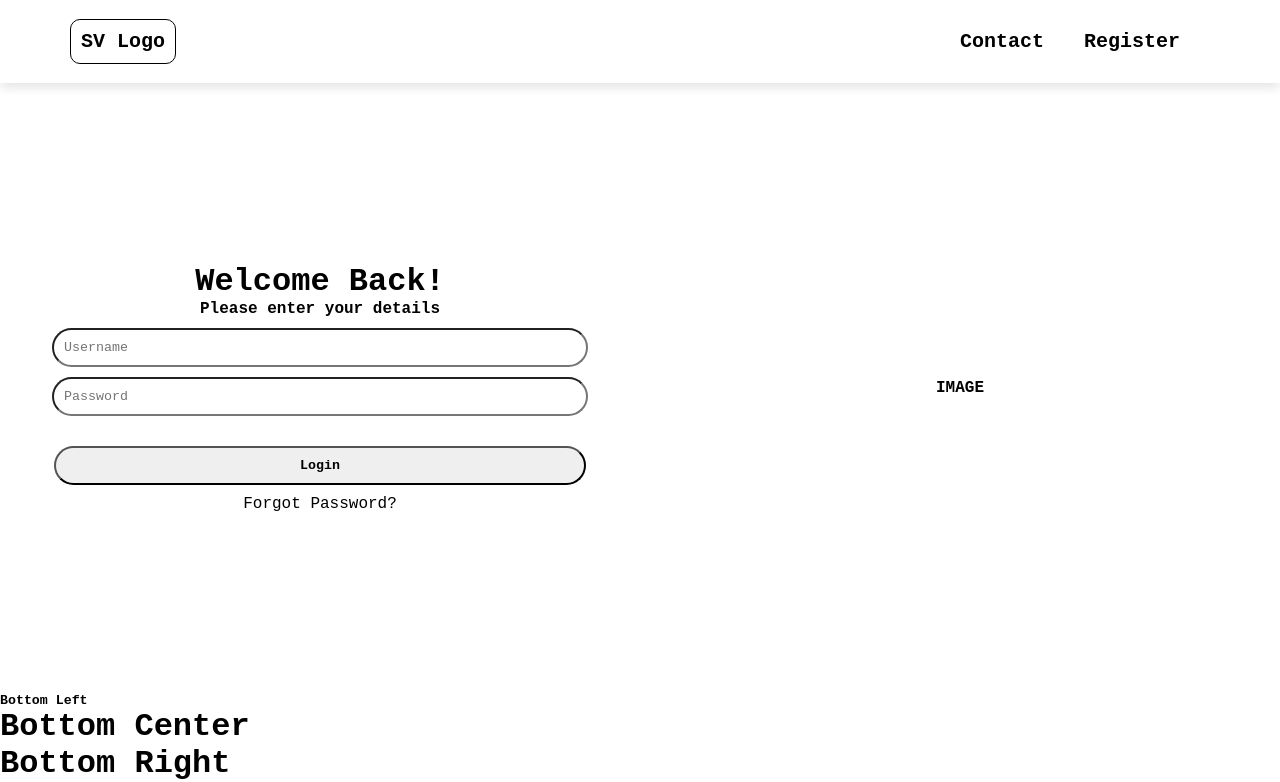
Repository: BuddhimaB/SecureVisionAI
Page: / (app in client/)
These files come from the project's save history. The page is drawn as it stood at one moment and after a run of saves; the edit follows.
The browser window is 1280 px wide. The pictures show the whole page.
The project was rebuilt for these pictures with package versions that can differ from the ones it lists, and the page was loaded fresh each time. Also part of the build but not shown: client/src/components/BottomDetails/Bottom.css.

Above is the page before, as saved 2024-07-13 19:21:42.

### client/public/index.html
<!DOCTYPE html>
<html lang="en">
  <head>
    <meta charset="utf-8" />
    <link rel="icon" href="%PUBLIC_URL%/favicon.ico" />
    <meta name="viewport" content="width=device-width, initial-scale=1" />

    <meta
      name="description"
      content="Web site created using create-react-app"
    />
    <link rel="preconnect" href="https://fonts.googleapis.com">
<link rel="preconnect" href="https://fonts.gstatic.com" crossorigin>
<link href="https://fonts.googleapis.com/css2?family=Roboto:ital,wght@0,100;0,300;0,400;0,500;0,700;0,900;1,100;1,300;1,400;1,500;1,700;1,900&display=swap" rel="stylesheet">
<link rel="stylesheet" href="style.css">
    <title>SecureVision App</title>
  </head>
  <body>
    <noscript>You need to enable JavaScript to run this app.</noscript>
    <div id="root"></div>

  </body>
</html>

### client/src/App.js
import Login from "./Pages/Login/login";

function App() {
  return (
    <div className="App">
      <Login />
    </div>
  );
}

export default App;

### client/src/Pages/Login/login.jsx
import './Login.css'
import Topbar from '../../components/Topbar/Topbar'
import Bottom from '../../components/BottomDetails/Bottom'

export default function Login() {
  return (
    <div>
      <Topbar />
      <div className='feedContainer'>
        <div className="feedLeft">
          <h1>Welcome Back!</h1>
          <h4> Please enter your details</h4>
          <div className="inputField">
          <input
          className='inputField'
          type="text"
          placeholder="Username" />

          <input className='inputField'
          type="password"
          placeholder="Password" />
          </div>
          <button className="loginButton">Login</button>
          <span>Forgot Password?</span>
        </div>

        <div className="feedRight">
          <h4>IMAGE</h4>

        </div>
        </div>
        <Bottom />
    </div>
  )
}

### client/src/Pages/Login/Login.css
.feedContainer{
    display: flex;
    justify-content: center;
    align-items: center;


}
.feedLeft{
    display: flex;
    flex-direction: column;
    justify-content: center;
    align-items: center;
    width: 50%;
    height: calc(100vh - 110px);

}
.inputField{
    display: flex;
    justify-content: center;
    align-items: center;
    flex-direction: column;
    margin-bottom: 10px;
    padding: 10px;
    border-radius: 40px;
    width: 80%;
}
.inputField > input{
    width: 100%;
    padding: 10px;


    margin-bottom: 10px;
}
.loginButton{
    padding: 10px;
    border-radius: 40px;
    width: 83%;

    color:black;
    font-weight: 700;
    cursor: pointer;
    margin-bottom: 10px;
}
.loginButton:hover{
    background-color: #9b1cc2;
    color:white
}
.feedRight{
    display: flex;
    justify-content: center;
    align-items: center;
    width: 50%;
    height: calc(100vh - 1100px);
    background-color: #fff;
}

### client/src/components/Topbar/Topbar.jsx
import './Topbar.css'

export default function Topbar() {
  return (
    <div className='topbarContainer'>
        <div className="topbarLeft">
            <span className="logo">SV Logo</span>
        </div>

        <div className="topbarRight">
            <div className="topbarLinks">
                <span className="topbarLink">Contact</span>
                <span className="topbarLink">Register</span>
            </div>

        </div>

    </div>
  )
}

### client/src/components/BottomDetails/Bottom.jsx
import './Bottom.css'

export default function Bottom() {
  return (
    <div className='bottomContainer'>
        <div className='bottomLeft'>
            <h5>Bottom Left</h5>
        </div>
        <div className='bottomCenter'>
            <h1>Bottom Center</h1>
        </div>
        <div className='bottomRight'>
            <h1>Bottom Right</h1>
        </div>



    </div>
  )
}

### client/src/components/Topbar/Topbar.css
.topbarContainer{
    display: flex;
    justify-content: space-between;
    align-items: center;
    top: 0;
    z-index: 999;
    padding: 30px;
    background-color: #fff;
    box-shadow: 0 5px 10px rgba(0, 0, 0, 0.1);
    position: sticky;
}
.logo{
    font-size: 20px;
    font-weight: 700;
    border: 1px solid #000;
    padding: 10px;
    border-radius: 10px;
    margin-left: 40px;
}
.topbarRight{
    display: flex;
    align-items: center;
    margin-right: 40px;

}
.topbarLink{
    margin-right: 20px;
    font-size: 20px;
    font-weight: 700;
    padding: 10px;
    border-radius: 10px;
    cursor: pointer;
}
.topbarLink:hover{
    background-color: #9b1cc2;
    color: white;
}

### client/public/style.css
*{
    margin: 0;
    font-family: 'Courier New', Courier, monospace;
}

Loaded but not shown: client/src/index.js (common file)

After the next 2 saves:
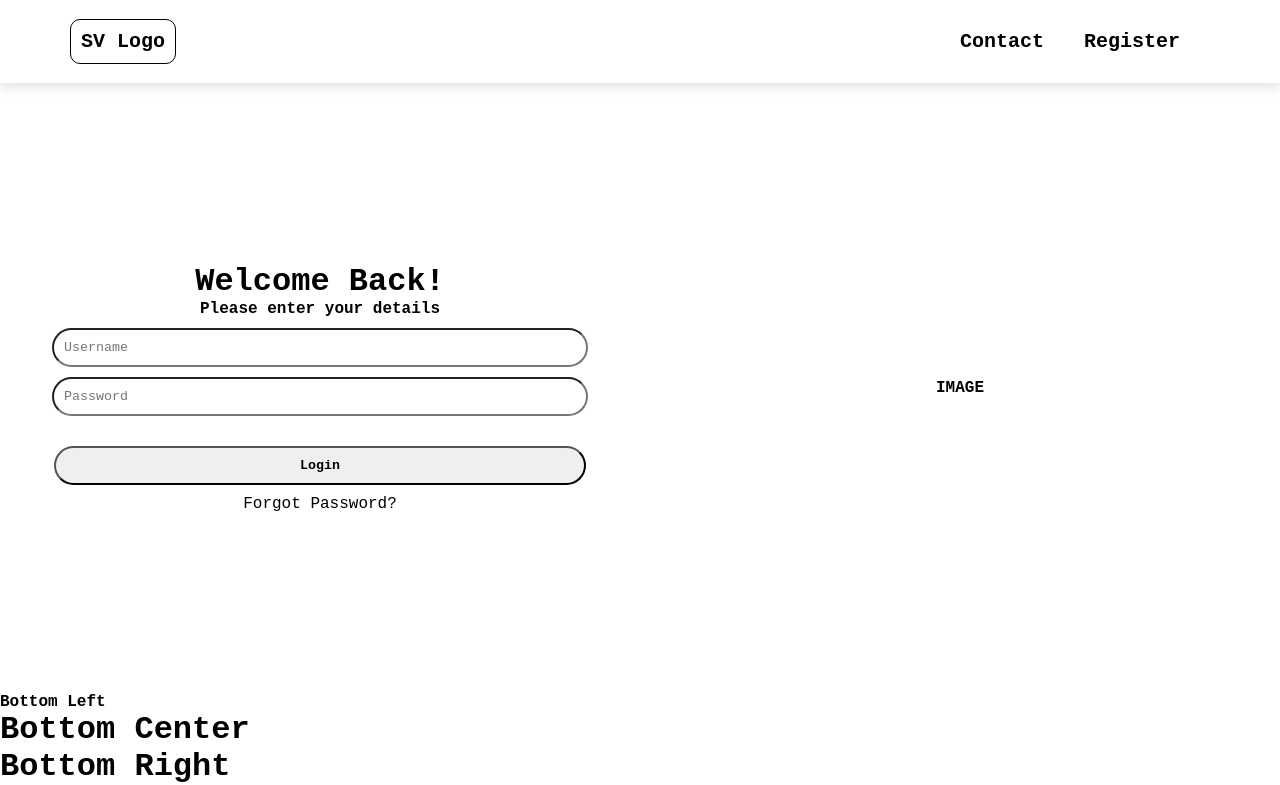
The 2 saves are shown as one change because 1 did not build or start.
The last was saved 17 s later.
--- a/client/src/components/BottomDetails/Bottom.jsx
+++ b/client/src/components/BottomDetails/Bottom.jsx
@@ -4,7 +4,7 @@ export default function Bottom() {
   return (
     <div className='bottomContainer'>
         <div className='bottomLeft'>
-            <h5>Bottom Left</h5>
+            <h4>Bottom Left</h4>
         </div>
         <div className='bottomCenter'>
             <h1>Bottom Center</h1>
